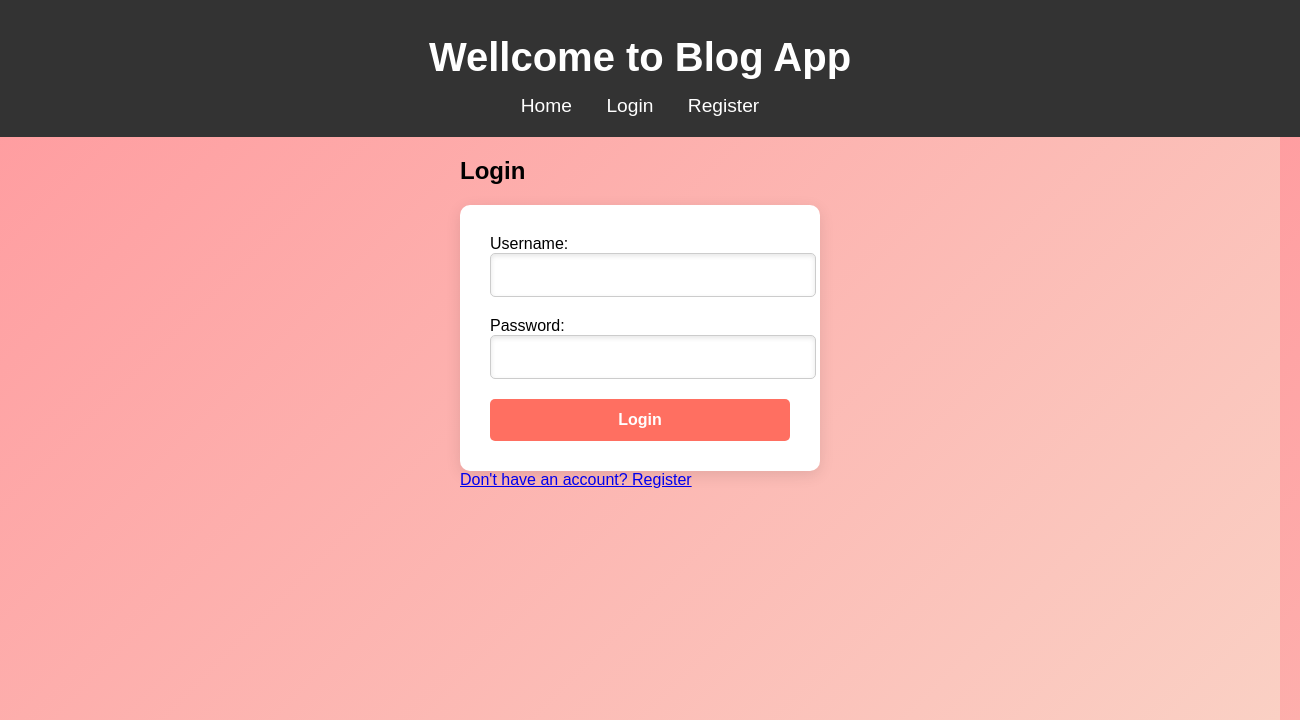
Repository: kapucuonur/blog_App
Page: users/templates/users/login.html
These files come from the project's save history. The page is drawn as it stood at one moment and after the next save; the edit follows.
The browser window is 1280 px wide. The page is 1300 px wide, so the pictures cover 1300 px, including what lies to the right of the window. The pictures show the whole page.
The template is drawn by Django 4.2. The application's start-up code is not run. The template is opened directly, without the code that normally fills it, so the values that code supplies are empty.

Above is the page before, as saved 2025-01-28 13:19:12.

After the next save:
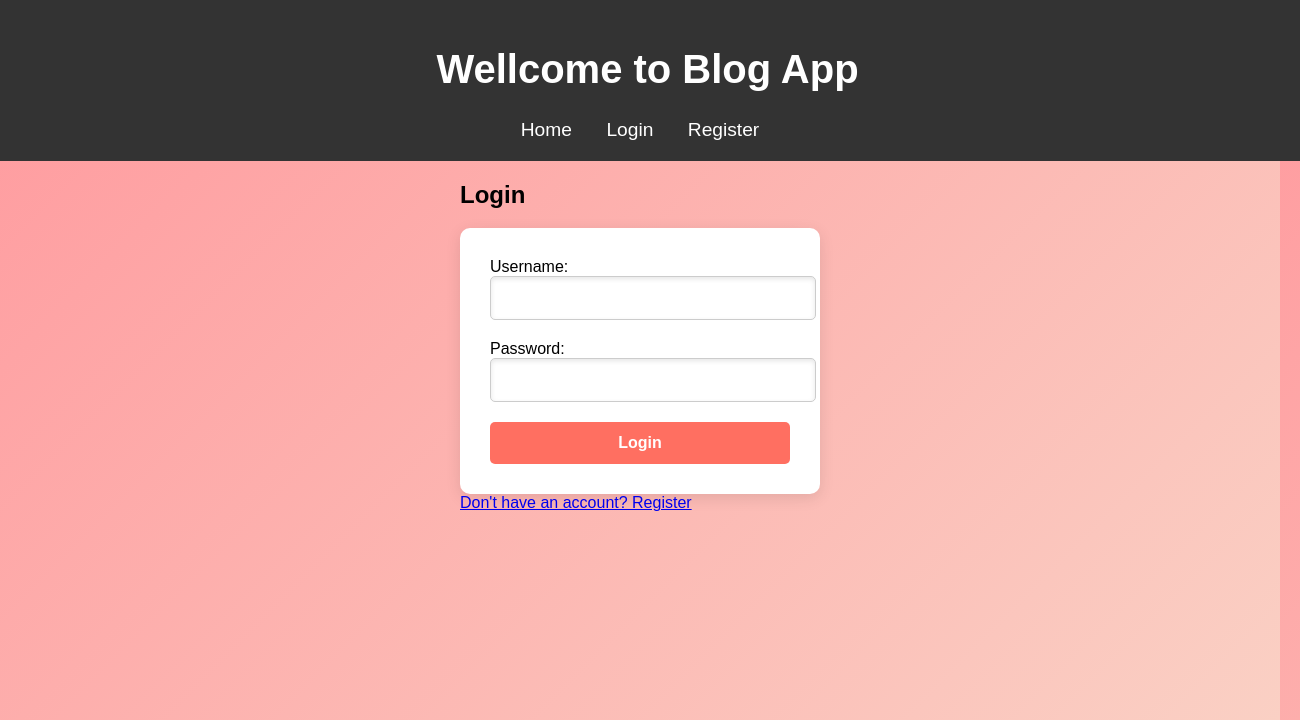
Saved 16 s later.
--- a/static/css/styles.css
+++ b/static/css/styles.css
@@ -32,7 +32,7 @@ header {
 }
 
 header h1 {
-    margin: 15px;
+    margin-left: 15px;
     font-size: 2.5rem;
 }
 
